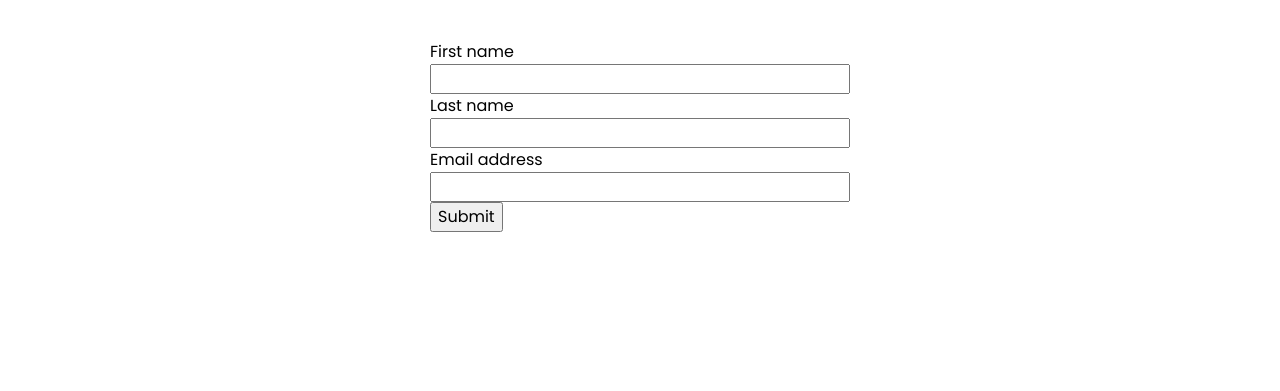
Repository: hoang0508/ReactJsDevWork
Page: /
These files come from the project's save history. The page is drawn as it stood at one moment and after the next save; the edit follows.
The browser window is 1280 px wide. The pictures show the whole page.
The project was rebuilt for these pictures with package versions that can differ from the ones it lists, and the page was loaded fresh each time.

Above is the page before, as saved 2022-02-13 14:53:08.

### src/index.scss
body {
  margin: 0;
  font-family: "Poppins", sans-serif;
  font-size: 16px;
  -webkit-font-smoothing: antialiased;
  -moz-osx-font-smoothing: grayscale;
}

code {
  font-family: source-code-pro, Menlo, Monaco, Consolas, "Courier New",
    monospace;
}

### src/App.js
import "./App.scss";
import Form from "./components/Form/Form";
// import YoutubeSearch from "./components/YTBSearch/YoutubeSearch";
// import Product from "./components/Product/Product";
// import Button from "./components/Button/Button";
// import Food from "./components/FoodApi/Food";

function App() {
  return (
    <>
      {/* <div>Hello</div> */}
      {/* <Food /> */}
      {/* <Button /> */}
      {/* <Product /> */}
      {/* <YoutubeSearch /> */}
      <Form />
    </>
  );
}

export default App;

### src/App.scss
@import url("https://fonts.googleapis.com/css2?family=Poppins:ital,wght@0,300;0,400;0,500;0,600;0,700;1,600&family=Red+Hat+Display:wght@300;400;500;600;700&display=swap");
*,
*::before,
*::after {
  box-sizing: border-box;
}
body,
h1,
h2,
h3,
h4,
h5,
h6,
p,
figure,
picture {
  margin: 0;
}
body {
  min-height: 100vh;
  line-height: 1.5;
}
input,
button,
select,
textarea {
  font: inherit;
}
img,
picture {
  display: block;
  max-width: 100%;
}
/* remove animation for people who've turned them off */
@media (prefers-reduced-motion: reduce) {
  *,
  *::before,
  *::after {
    animation-duration: 0.01ms !important;
    animation-iteration-count: 1 !important;
    transition-duration: 0.01ms !important;
    scroll-behavior: auto !important;
  }
}

// body {
//   background: #eb3349; /* fallback for old browsers */
//   background: -webkit-linear-gradient(
//     to right,
//     #f45c43,
//     #eb3349
//   ); /* Chrome 10-25, Safari 5.1-6 */
//   background: linear-gradient(
//     to right,
//     #f45c43,
//     #eb3349
//   ); /* W3C, IE 10+/ Edge, Firefox 16+, Chrome 26+, Opera 12+, Safari 7+ */
// }

// body {
//   background-color: #181818;
// }

### src/components/Form/Form.js
import React from "react";
import "./Form.scss";
const Form = () => {
  return (
    <form className="form">
      <div className="form-group">
        <label htmlFor="firstName" className="form-label">
          First name
        </label>
        <input
          className="form-input"
          type="text"
          name="firstName"
          id="firstName"
        />
      </div>
      <div className="form-group">
        <label htmlFor="lastName" className="form-label">
          Last name
        </label>
        <input
          className="form-input"
          type="text"
          name="lastName"
          id="lastName"
        />
      </div>
      <div className="form-group">
        <label htmlFor="email" className="form-label">
          Email address
        </label>
        <input className="form-input" type="email" name="email" id="email" />
      </div>
      <button className="form-btn">Submit</button>
    </form>
  );
};

export default Form;

### src/components/Form/Form.scss
.form {
  padding: 40px;
  max-width: 500px;
  width: 100%;
  margin: 0 auto;
  &-group {
    display: flex;

    flex-direction: column;
  }
}

Loaded but not shown: public/index.html (common file); src/index.js (common file); src/reportWebVitals.js (common file)

After the next save:
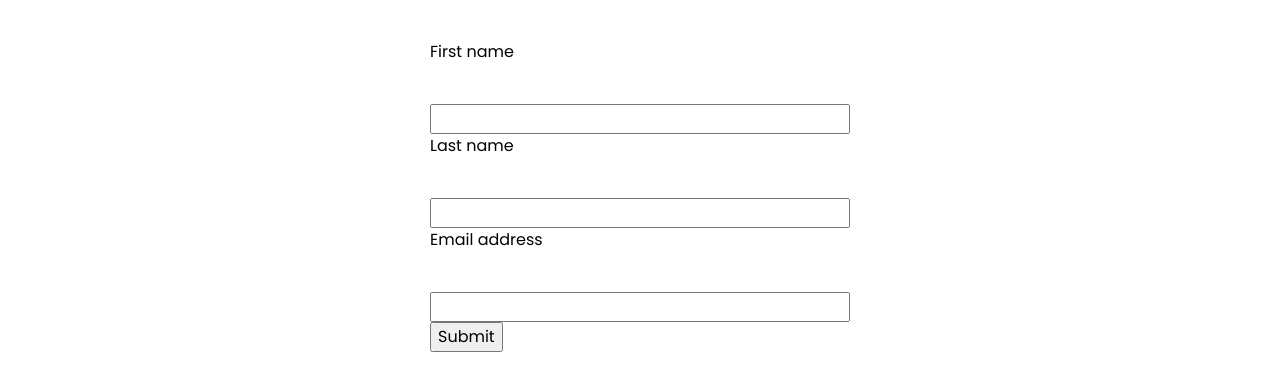
Saved 15 s later.
--- a/src/components/Form/Form.scss
+++ b/src/components/Form/Form.scss
@@ -5,7 +5,7 @@
   margin: 0 auto;
   &-group {
     display: flex;
-
     flex-direction: column;
+    gap: 40px;
   }
 }
